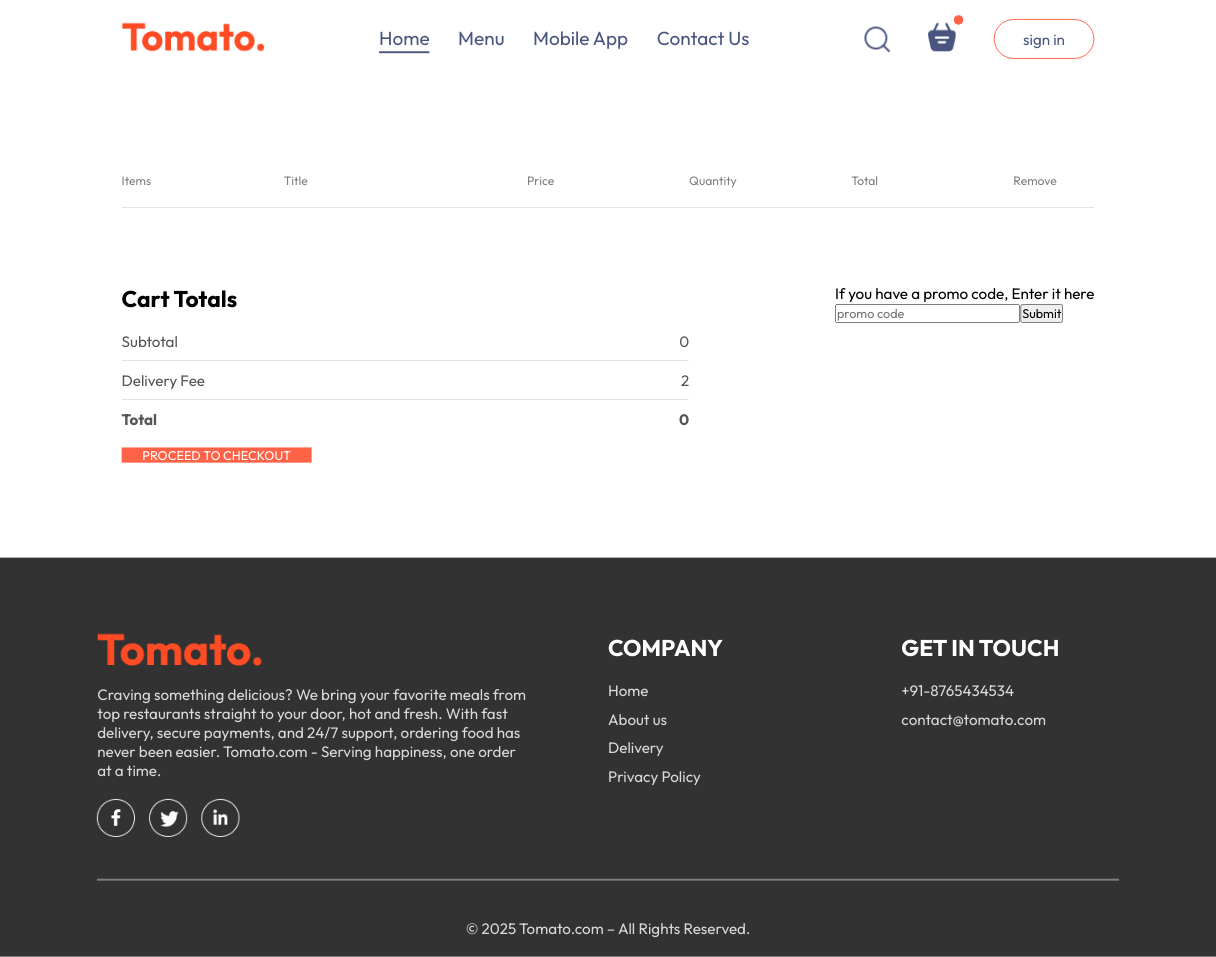
Repository: esakkiraj8104/FOOD_ORDER1
Page: /cart
The author's editor kept a copy of each file at every save. The page is drawn from the files as they stood at one save, then again after the next save.
The browser window is 1280 px wide. The pictures show the whole page, at 95% of full size.
The project was rebuilt for these pictures with package versions that can differ from the ones it lists, and the page was loaded fresh each time. Also part of the build but not shown: vite.config.js, src/components/Navbar/Header/Haeder.css, src/components/Navbar/Header/Header.jsx, src/components/Navbar/ExploreMenu/ExploreMenu.css, src/components/Navbar/ExploreMenu/ExploreMenu.jsx, src/components/Navbar/FoodDisplay/FoodDisplay.css, src/components/Navbar/FoodItem/FoodItem.css, src/components/Navbar/FoodItem/FoodItem.jsx and 6 more. Imported but missing from the stored project, and not drawn on this page: src/pages/PlaceOrder/PlaceOrder.

Above is the page before, as saved 2025-05-20 18:58:19.

### index.html
<!doctype html>
<html lang="en">
  <head>
    <meta charset="UTF-8" />
    <link rel="icon" type="image/svg+xml" href="/vite.svg" />
    <meta name="viewport" content="width=device-width, initial-scale=1.0" />
    <title>Tomoto food Web</title>
  </head>
  <body>
    <div id="root"></div>
    <script type="module" src="/src/main.jsx"></script>
  </body>
</html>

### src/main.jsx
import React from 'react'
import ReactDOM from 'react-dom/client'
import './index.css'
import App from './App.jsx'
import {BrowserRouter} from 'react-router-dom'
import StoreContextProvider from './Context/StoreContext.jsx'

ReactDOM.createRoot(document.getElementById('root')).render(
  <BrowserRouter>
    <StoreContextProvider>
      <App />
    </StoreContextProvider>

  </BrowserRouter>

)

### src/index.css
@import url('https://fonts.googleapis.com/css2?family=Outfit:wght@100..900&display=swap');

*{
  padding: 0;
  margin: 0;
  box-sizing: border-box;
  font-family: outfit;
  scroll-behavior: smooth;
}
body{
  min-height: 100vh;
}
a{
  text-decoration :none;
  color: inherit;
}
.app{
  width: 80%;
  margin: auto;
}

@keyframes fadeIn {
  0%{
    opacity: 0;
  }
  100%{
    opacity: 1;
  }
}

### src/App.jsx
import React,{ useState } from 'react'
import { Route, Routes } from 'react-router-dom'
import Home from './pages/Home/Home'
import Cart from './pages/Cart/Cart'
import PlaceOrder from './pages/PlaceOrder/PlaceOrder'
import Navbar from './components/Navbar/Navbar/Navbar'
import Footer from './components/Navbar/Footer/Footer'
import LoginPopup from './components/LoginPopup/LoginPopup'

const App = () => {

  const[showLogin,setShowLogin]= useState(false)
  return (

    <>
    {showLogin?<LoginPopup setShowLogin={setShowLogin}/>:<></>}
      <div className='app'>
        <Navbar setShowLogin={setShowLogin}/>
        <Routes >
          <Route path='/' element={<Home />} />
          <Route path='/cart' element={<Cart />} />
          <Route path='/order' element={<PlaceOrder />} />
        </Routes>
      </div>
      <Footer />

    </>


  )
}

export default App

### src/Context/StoreContext.jsx
import { createContext, useEffect, useState } from "react";
import { food_list } from "../assets/assets";

export const StoreContext = createContext(null)

const StoreContextProvider = (props) => {

    const [cartItems,setCartItems]= useState({});

    const addToCart = (itemId) => {
        if (!cartItems[itemId]) {
            setCartItems((prev)=>({...prev,[itemId]:1}))
        }
        else{
            setCartItems((prev)=>({...prev,[itemId]:prev[itemId]+1}))
        }
    }

    const removeFromCart = (itemId) =>{
        setCartItems((prev)=>({...prev,[itemId]:prev[itemId]-1}))
    }

    useEffect(()=>{
        console.log(cartItems);
    },[cartItems])

    const contextValue = {
        food_list,
        cartItems,
        setCartItems,
        addToCart,
        removeFromCart

    }
    return (
        <StoreContext.Provider value={contextValue}>
            {props.children}
        </StoreContext.Provider>
    )
}

export default StoreContextProvider;

### src/pages/Cart/Cart.jsx
import React, { useContext } from 'react'
import './Cart.css'
import { StoreContext } from '../../Context/StoreContext'
const Cart = () => {


  const { cartItems, food_list, removeFromCart } = useContext(StoreContext);
  return (
    <div className='cart'>
      <div className="cart-items">
        <div className="cart-items-title">
          <p>Items</p>
          <p>Title</p>
          <p>Price</p>
          <p>Quantity</p>
          <p>Total</p>
          <p>Remove</p>
        </div>
        <br />
        <hr />
        {food_list.map((item, index) => {
          if (cartItems[item._id] > 0) {
            return (
              <div>
                <div className='cart-items-title cart-items-item'>
                  <img src={item.image} alt="" />
                  <p>{item.name}</p>
                  <p>${item.price}</p>
                  <p>{cartItems[item._id]}</p>
                  <p>${item.price * cartItems[item._id]}</p>
                  <p onClick={() => removeFromCart(item._id)} className='cross'>❌</p>
                </div>
                <hr />
              </div>

            )
          }
        })}
      </div>
      <div className="cart-bottom">
        <div className="cart-total">
          <h2>Cart Totals</h2>
          <div>
            <div className="cart-total-details">
              <p>Subtotal</p>
              <p>{0}</p>
            </div>
            <hr />
            <div className="cart-total-details">
              <p>Delivery Fee</p>
              <p>{2}</p>
            </div>
            <hr />
            <div className="cart-total-details">
              <b>Total</b>
              <b>{0}</b>
            </div>
          </div>
          <button>PROCEED TO CHECKOUT</button>
        </div>
        <div className="cart-promocode">
          <div>
            <p>If you have a promo code, Enter it here</p>
            <div className='cart-promocode-input'>
              <input type="text" placeholder='promo code' />
              <button>Submit</button>
            </div>
          </div>
        </div>
      </div>
    </div>
  )
}

export default Cart

### src/components/Navbar/Navbar/Navbar.jsx
import React, { useState } from 'react'
import './Navbar.css'
import { assets } from '../../../assets/assets'
import { Link } from 'react-router-dom';
const Navbar = ({setShowLogin}) => {

    const [menu,setMenu] = useState("home");
  return (
    <div className='navbar'>
        <Link to='/'><img src={assets.logo} alt="" className="logo" /></Link>
        <ul className="navbar-menu">
        <Link to='/'className={menu === "home" ? "active" : ""} onClick={() => setMenu("home")}>Home</Link>
        <a href='#explore-menu' className={menu === "menu" ? "active" : ""} onClick={() => setMenu("menu")}>Menu</a>
        <a href='#app-download'className={menu === "mobile-app" ? "active" : ""} onClick={() => setMenu("mobile-app")}>Mobile App</a>
        <a href='#footer'className={menu === "contact us" ? "active" : ""} onClick={() => setMenu("contact us")}>Contact Us</a>
        </ul>
        <div className="navbar-right">
            <img src={assets.search_icon} alt="" />
            <div className="navbar-search-icon">
                <Link to='/cart'><img src={assets.basket_icon} alt="" /></Link>
                <div className="dot"></div>
            </div>
            <button onClick={()=>setShowLogin(true)}>sign in</button>
        </div>
    </div>
  )
}

export default Navbar

### src/components/Navbar/Footer/Footer.jsx
import React from 'react'
import './Footer.css'
import { assets } from '../../../assets/assets'

const Footer = () => {
  return (

    <div className='footer' id='footer'>
      <div className="footer-content">
        <div className="footer-content-left">
          <img src={assets.logo} alt="" />
          <p>Craving something delicious? We bring your favorite meals from top restaurants straight to your door, hot and fresh.
            With fast delivery, secure payments, and  24/7 support, ordering food has never been easier.
            Tomato.com - Serving happiness, one order at a time.</p>
          <div className="footer-social-icons">
            <img src={assets.facebook_icon} alt="" />
            <img src={assets.twitter_icon} alt="" />
            <img src={assets.linkedin_icon} alt="" />
          </div>
        </div>
        <div className="footer-content-center">
          <h2>COMPANY</h2>
          <ul>
            <li>Home</li>
            <li>About us</li>
            <li>Delivery</li>
            <li>Privacy Policy</li>
          </ul>
        </div>
        <div className="footer-content-right">
          <h2>GET IN TOUCH</h2>
          <ul>
            <li>+91-8765434534</li>
            <li>contact@tomato.com</li>
          </ul>
        </div>
      </div>
      <hr />
      <p className="footer-copyright">© 2025 Tomato.com – All Rights Reserved.</p>
    </div>
  )
}

export default Footer

### src/assets/assets.js
import basket_icon from './basket_icon.png'
import logo from './logo.png'
import header_img from './header_img.png'
import search_icon from './search_icon.png'
import menu_1 from './menu_1.png'
import menu_2 from './menu_2.png'
import menu_3 from './menu_3.png'
import menu_4 from './menu_4.png'
import menu_5 from './menu_5.png'
import menu_6 from './menu_6.png'
import menu_7 from './menu_7.png'
import menu_8 from './menu_8.png'

import food_1 from './food_1.png'
import food_2 from './food_2.png'
import food_3 from './food_3.png'
import food_4 from './food_4.png'
import food_5 from './food_5.png'
import food_6 from './food_6.png'
import food_7 from './food_7.png'
import food_8 from './food_8.png'
import food_9 from './food_9.png'
import food_10 from './food_10.png'
import food_11 from './food_11.png'
import food_12 from './food_12.png'
import food_13 from './food_13.png'
import food_14 from './food_14.png'
import food_15 from './food_15.png'
import food_16 from './food_16.png'
import food_17 from './food_17.png'
import food_18 from './food_18.png'
import food_19 from './food_19.png'
import food_20 from './food_20.png'
import food_21 from './food_21.png'
import food_22 from './food_22.png'
import food_23 from './food_23.png'
import food_24 from './food_24.png'
import food_25 from './food_25.png'
import food_26 from './food_26.png'
import food_27 from './food_27.png'
import food_28 from './food_28.png'
import food_29 from './food_29.png'
import food_30 from './food_30.png'
import food_31 from './food_31.png'
import food_32 from './food_32.png'

import add_icon_white from './add_icon_white.png'
import add_icon_green from './add_icon_green.png'
import remove_icon_red from './remove_icon_red.png'
import app_store from './app_store.png'
import play_store from './play_store.png'
import linkedin_icon from './linkedin_icon.png'
import facebook_icon from './facebook_icon.png'
import twitter_icon from './twitter_icon.png'
import cross_icon from './cross_icon.png'
import selector_icon from './selector_icon.png'
import rating_starts from './rating_starts.png'
import profile_icon from './profile_icon.png'
import bag_icon from './bag_icon.png'
import logout_icon from './logout_icon.png'
import parcel_icon from './parcel_icon.png'

export const assets = {
    logo,
    basket_icon,
    header_img,
    search_icon,
    rating_starts,
    add_icon_green,
    add_icon_white,
    remove_icon_red,
    app_store,
    play_store,
    linkedin_icon,
    facebook_icon,
    twitter_icon,
    cross_icon,
    selector_icon,
    profile_icon,
    logout_icon,
    bag_icon,
    parcel_icon
}

export const menu_list = [
    {
        menu_name: "Salad",
        menu_image: menu_1
    },
    {
        menu_name: "Rolls",
        menu_image: menu_2
    },
    {
        menu_name: "Deserts",
        menu_image: menu_3
    },
    {
        menu_name: "Sandwich",
        menu_image: menu_4
    },
    {
        menu_name: "Cake",
        menu_image: menu_5
    },
    {
        menu_name: "Pure Veg",
        menu_image: menu_6
    },
    {
        menu_name: "Pasta",
        menu_image: menu_7
    },
    {
        menu_name: "Noodles",
        menu_image: menu_8
    }]

export const food_list = [
    {
        _id: "1",
        name: "Greek salad",
        image: food_1,
        price: 12,
        description: "Food provides essential nutrients for overall health and well-being",
        category: "Salad"
    },
    {
        _id: "2",
        name: "Veg salad",
        image: food_2,
        price: 18,
        description: "Food provides essential nutrients for overall health and well-being",
        category: "Salad"
    }, {
        _id: "3",
        name: "Clover Salad",
        image: food_3,
        price: 16,
        description: "Food provides essential nutrients for overall health and well-being",
        category: "Salad"
    }, {
        _id: "4",
        name: "Chicken Salad",
        image: food_4,
        price: 24,
        description: "Food provides essential nutrients for overall health and well-being",
        category: "Salad"
    }, {
        _id: "5",
        name: "Lasagna Rolls",
        image: food_5,
        price: 14,
        description: "Food provides essential nutrients for overall health and well-being",
        category: "Rolls"
    }, {
        _id: "6",
        name: "Peri Peri Rolls",
        image: food_6,
        price: 12,
        description: "Food provides essential nutrients for overall health and well-being",
        category: "Rolls"
    }, {
        _id: "7",
        name: "Chicken Rolls",
        image: food_7,
        price: 20,
        description: "Food provides essential nutrients for overall health and well-being",
        category: "Rolls"
    }, {
        _id: "8",
        name: "Veg Rolls",
        image: food_8,
        price: 15,
        description: "Food provides essential nutrients for overall health and well-being",
        category: "Rolls"
    }, {
        _id: "9",
        name: "Ripple Ice Cream",
        image: food_9,
        price: 14,
        description: "Food provides essential nutrients for overall health and well-being",
        category: "Deserts"
    }, {
        _id: "10",
        name: "Fruit Ice Cream",
        image: food_10,
        price: 22,
        description: "Food provides essential nutrients for overall health and well-being",
        category: "Deserts"
    }, {
        _id: "11",
        name: "Jar Ice Cream",
        image: food_11,
        price: 10,
        description: "Food provides essential nutrients for overall health and well-being",
        category: "Deserts"
    }, {
        _id: "12",
        name: "Vanilla Ice Cream",
        image: food_12,
        price: 12,
        description: "Food provides essential nutrients for overall health and well-being",
        category: "Deserts"
    },
    {
        _id: "13",
        name: "Chicken Sandwich",
        image: food_13,
        price: 12,
        description: "Food provides essential nutrients for overall health and well-being",
        category: "Sandwich"
    },
    {
        _id: "14",
        name: "Vegan Sandwich",
        image: food_14,
        price: 18,
        description: "Food provides essential nutrients for overall health and well-being",
        category: "Sandwich"
    }, {
        _id: "15",
        name: "Grilled Sandwich",
        image: food_15,
        price: 16,
        description: "Food provides essential nutrients for overall health and well-being",
        category: "Sandwich"
    }, {
        _id: "16",
        name: "Bread Sandwich",
        image: food_16,
        price: 24,
        description: "Food provides essential nutrients for overall health and well-being",
        category: "Sandwich"
    }, {
        _id: "17",
        name: "Cup Cake",
        image: food_17,
        price: 14,
        description: "Food provides essential nutrients for overall health and well-being",
        category: "Cake"
    }, {
        _id: "18",
        name: "Vegan Cake",
        image: food_18,
        price: 12,
        description: "Food provides essential nutrients for overall health and well-being",
        category: "Cake"
    }, {
        _id: "19",
        name: "Butterscotch Cake",
        image: food_19,
        price: 20,
        description: "Food provides essential nutrients for overall health and well-being",
        category: "Cake"
    }, {
        _id: "20",
        name: "Sliced Cake",
        image: food_20,
        price: 15,
        description: "Food provides essential nutrients for overall health and well-being",
        category: "Cake"
    }, {
        _id: "21",
        name: "Garlic Mushroom ",
        image: food_21,
        price: 14,
        description: "Food provides essential nutrients for overall health and well-being",
        category: "Pure Veg"
    }, {
        _id: "22",
        name: "Fried Cauliflower",
        image: food_22,
        price: 22,
        description: "Food provides essential nutrients for overall health and well-being",
        category: "Pure Veg"
    }, {
        _id: "23",
        name: "Mix Veg Pulao",
        image: food_23,
        price: 10,
        description: "Food provides essential nutrients for overall health and well-being",
        category: "Pure Veg"
    }, {
        _id: "24",
        name: "Rice Zucchini",
        image: food_24,
        price: 12,
        description: "Food provides essential nutrients for overall health and well-being",
        category: "Pure Veg"
    },
    {
        _id: "25",
        name: "Cheese Pasta",
        image: food_25,
        price: 12,
        description: "Food provides essential nutrients for overall health and well-being",
        category: "Pasta"
    },
    {
        _id: "26",
        name: "Tomato Pasta",
        image: food_26,
        price: 18,
        description: "Food provides essential nutrients for overall health and well-being",
        category: "Pasta"
    }, {
        _id: "27",
        name: "Creamy Pasta",
        image: food_27,
        price: 16,
        description: "Food provides essential nutrients for overall health and well-being",
        category: "Pasta"
    }, {
        _id: "28",
        name: "Chicken Pasta",
        image: food_28,
        price: 24,
        description: "Food provides essential nutrients for overall health and well-being",
        category: "Pasta"
    }, {
        _id: "29",
        name: "Buttter Noodles",
        image: food_29,
        price: 14,
        description: "Food provides essential nutrients for overall health and well-being",
        category: "Noodles"
    }, {
        _id: "30",
        name: "Veg Noodles",
        image: food_30,
        price: 12,
        description: "Food provides essential nutrients for overall health and well-being",
        category: "Noodles"
    }, {
        _id: "31",
        name: "Somen Noodles",
        image: food_31,
        price: 20,
        description: "Food provides essential nutrients for overall health and well-being",
        category: "Noodles"
    }, {
        _id: "32",
        name: "Cooked Noodles",
        image: food_32,
        price: 15,
        description: "Food provides essential nutrients for overall health and well-being",
        category: "Noodles"
    }
]

### src/pages/Cart/Cart.css
.cart{
    margin-top: 100px;
}
.cart-items-title{
    display: grid;
    grid-template-columns: 1fr 1.5fr 1fr 1fr 1fr 0.5fr;
    align-items: center;
    color: grey;
    font-size: max(1vw,12px);

}
.cart-items-item{
    margin: 10px 0px;
    color: black;
}
.cart-items-item img{
    width: 100px;
}
.cart hr{
    height: 1px;
    background-color: #e2e2e2;
    border: none;
}
.cart-items-item .cross{
    cursor: pointer;
}
.cart-bottom{
    margin-top: 80px;
    display: flex;
    justify-content: space-between;
    gap: max(12vw,20px);
}
.cart-total{
    flex: 1;
    display: flex;
    flex-direction: column;
    gap: 20px;
}
.cart-total-details{
    display: flex;
    justify-content:space-between;
    color: #555;
}
.cart-total hr{
    margin: 10px 0px;
}
.cart-total button{
    border: none;
    color: white;
    background-color: tomato;
    width: max(15vw,200px);
    padding: ;
}

### src/components/Navbar/Navbar/Navbar.css
.navbar{
    padding: 20px 0px;
    display: flex;
    justify-content: space-between;
    align-items: center;
}

.navbar .logo{
    width: 150px;
}

.navbar-menu{
    display: flex;
    list-style: none;
    gap: 30px;
    color: #49557e;
    font-size: 20px;
}

.navbar-right{
    display: flex;
    align-items: center;
    gap: 40px;
}

.navbar button{
    background: transparent;
    font-size: 16px;
    color: #49557e;
    border: 1px solid tomato;
    padding: 10px 30px;
    border-radius: 50px;
    cursor: pointer;
    transition: 0.3;
}

.navbar button:hover{
    background-color: #fff4f2;
}

.navbar .active{
    padding-bottom: 2px;
    border-bottom: 2px solid #49557e;
}

.navbar li{
    cursor: pointer;
}

.navbar-search-icon{
    position:relative;
}

.navbar-search-icon .dot{
    position: absolute;
    min-width: 10px;
    min-height: 10px;
    background-color: tomato;
    border-radius: 5px;
    top: -8px;
    right: -8px;
}
@media(max-width:1050px) {
    .navbar .logo{
        width: 140px;
    }
    .navbar-menu{
        gap: 20px;
        font-size: 17px;
    }
    .navbar-right{
        gap: 30px;
    }
    .navbar-right img{
        width: 22px;
    }
    .navbar-right button{
        padding: 8px 25px;
    }
}
@media(max-width:900px) {
    .navbar .logo{
        width: 120px;
    }
    .navbar-menu{
        gap: 15px;
        font-size: 16px;
    }
    .navbar-right{
        gap: 20px;
    }
    .navbar-right img{
        width: 20px;
    }
    .navbar-right button{
        padding: 7px 20px;
        font-size: 15px;
    }
}
@media(max-width:750px) {
    .navbar-menu{
        display: none;
    }
}

### src/components/Navbar/Footer/Footer.css
.footer{
    color: #d9d9d9;
    background: #323232;
    display: flex;
    flex-direction: column;
    align-items: center;
    gap: 20px;
    padding: 20px 8vw;
    padding-top: 80px;
    margin-top: 100px;

}

.footer-content{
    width: 100%;
    display: grid;
    grid-template-columns: 2fr 1fr 1fr;
    gap: 80px;
}
.footer-content-left, .footer-content-right, .footer-content-center{
    display: flex;
    flex-direction: column;
    align-items: start;
    gap: 20px;
}
.footer-content-left li, .footer-content-right li, .footer-content-center li{
    list-style: none;
    margin-bottom: 10px;
    cursor: pointer;
}
.footer-content-right h2, .footer-content-center h2 {
    color: white;
}
.footer-social-icons img{
    width: 40px;
    margin-right: 15px;
}
.footer hr{
    width: 100%;
    height: 2px;
    margin: 20px 0;
    background-color: grey;
    border: none;
}
@media (max-width:750px) {
    .footer-content{
        display: flex;
        flex-direction: column;
        gap: 35px;
    }
    .footer-copyright{
        text-align: center;
    }
}

Loaded but not shown: src/pages/Home/Home.css (no stored copy; drawn as an empty file)

After the next save:
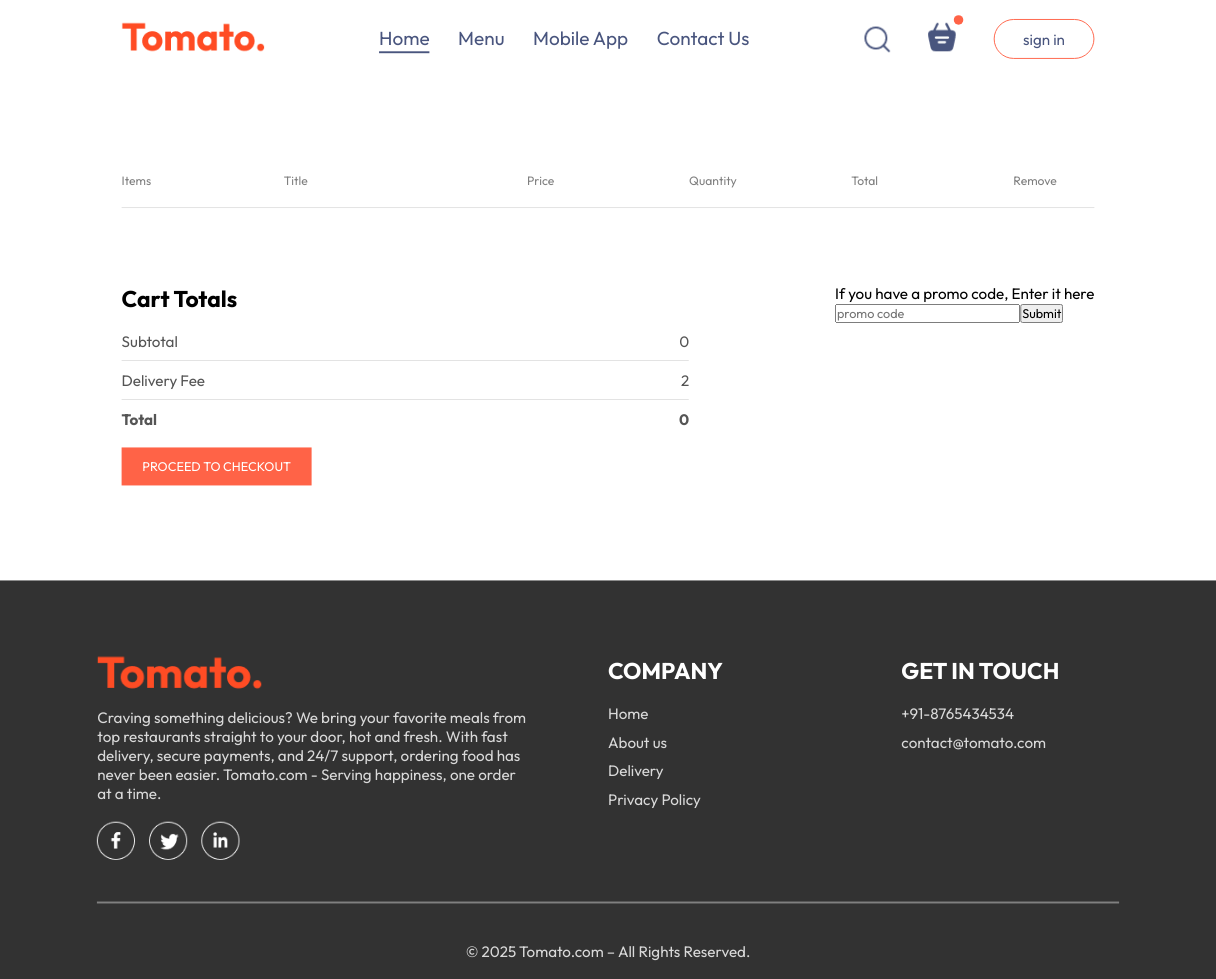
Saved 7 s later.
--- a/src/pages/Cart/Cart.css
+++ b/src/pages/Cart/Cart.css
@@ -49,5 +49,5 @@
     color: white;
     background-color: tomato;
     width: max(15vw,200px);
-    padding: ;
+    padding: 12px;
 }
